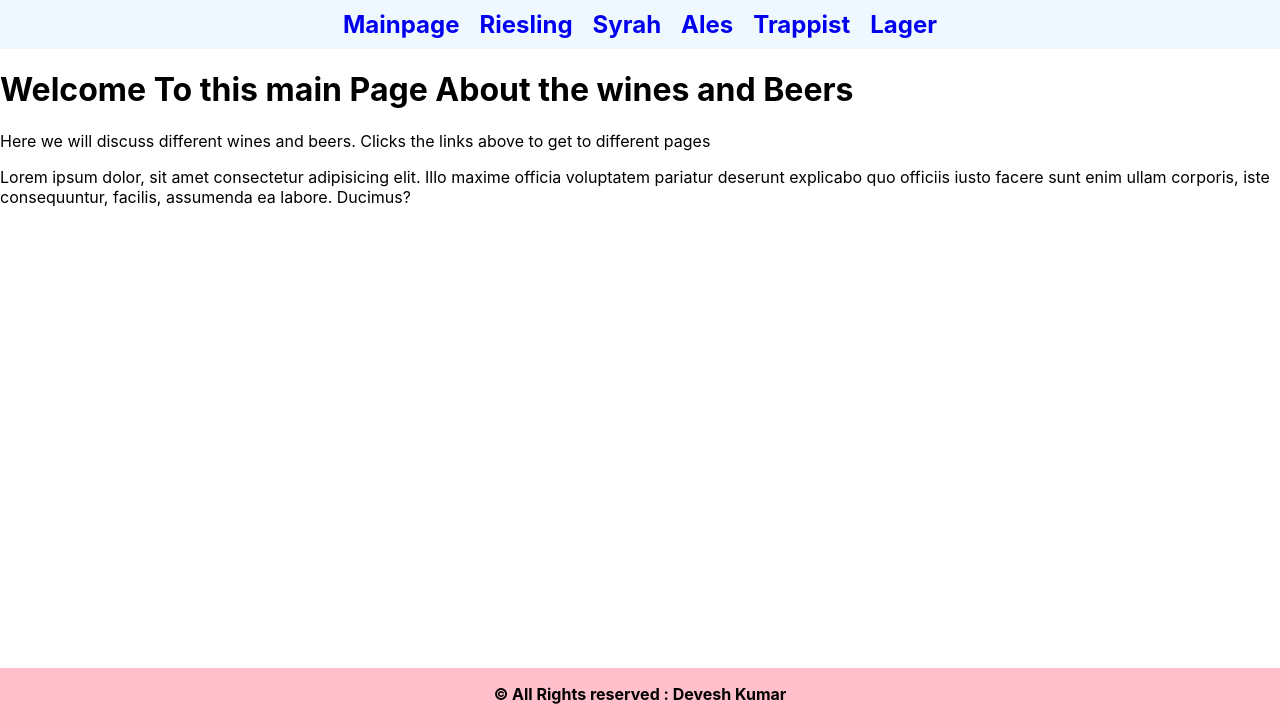
Repository: portretrieve/react-practice
Page: /
These files come from the project's save history. The page is drawn as it stood at one moment and after the next save; the edit follows.
The browser window is 1280 px wide. The pictures show the whole page.
The project was rebuilt for these pictures with package versions that can differ from the ones it lists, and the page was loaded fresh each time. Also part of the build but not shown: src/wines/Riesling.js, src/wines/Syrah.js, src/beers/Ale.js, src/beers/Lager.js, src/beers/Trappist.js.

Above is the page before, as saved 2021-08-26 19:47:31.

After the next save:
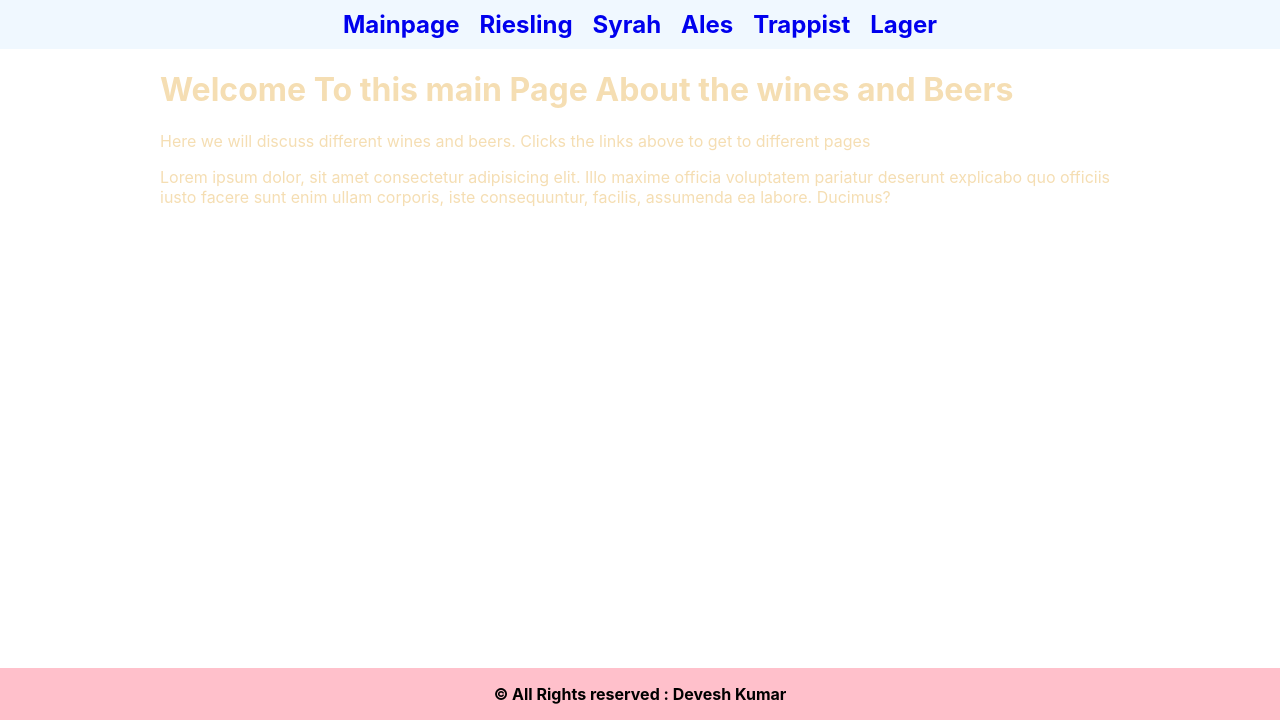
Saved 16 s later.
--- a/src/Util/CenterContent.js
+++ b/src/Util/CenterContent.js
@@ -2,7 +2,7 @@ import React from "react";
 import classes from "./centerContent.module.css";
 
 function CenterContent(props) {
-  return <div className={classes.center}>{props.children}</div>;
+  return <div className={classes.container}>{props.children}</div>;
 }
 
 export default CenterContent;
